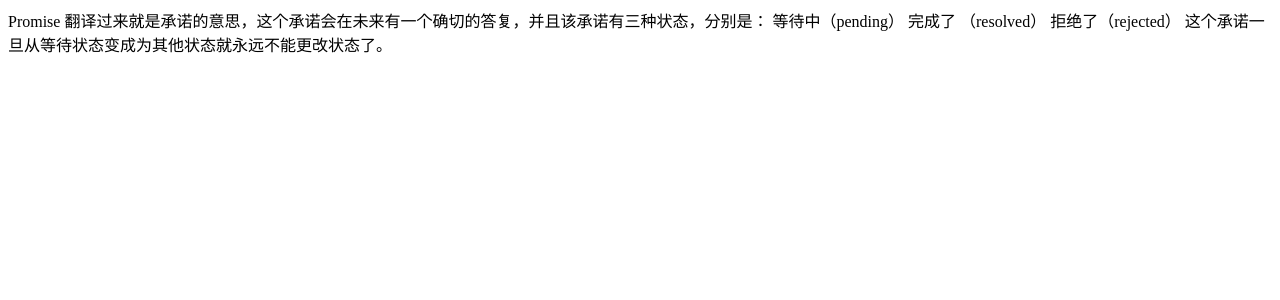
Repository: wuder-jie/Front-end-interview
Page: 01_Promise/index.html
These files come from the project's save history. The page is drawn as it stood at one moment and after the next save; the edit follows.
The browser window is 1280 px wide. The pictures show the whole page.

Above is the page before, as saved 2022-12-10 12:05:00.

After the next save:
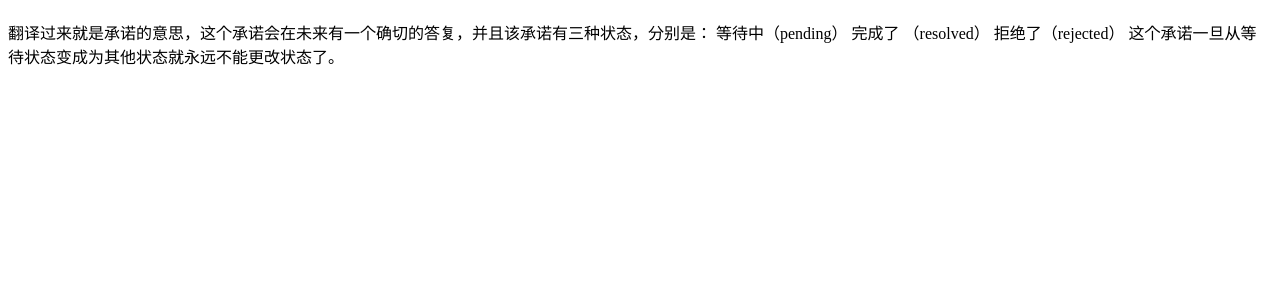
Saved 39 s later.
--- a/01_Promise/index.html
+++ b/01_Promise/index.html
@@ -7,7 +7,7 @@
     <title>Promise</title>
   </head>
   <body>
-    Promise
+    <h2></h2>
     翻译过来就是承诺的意思，这个承诺会在未来有一个确切的答复，并且该承诺有三种状态，分别是：
     等待中（pending） 完成了 （resolved） 拒绝了（rejected）
     这个承诺一旦从等待状态变成为其他状态就永远不能更改状态了。
